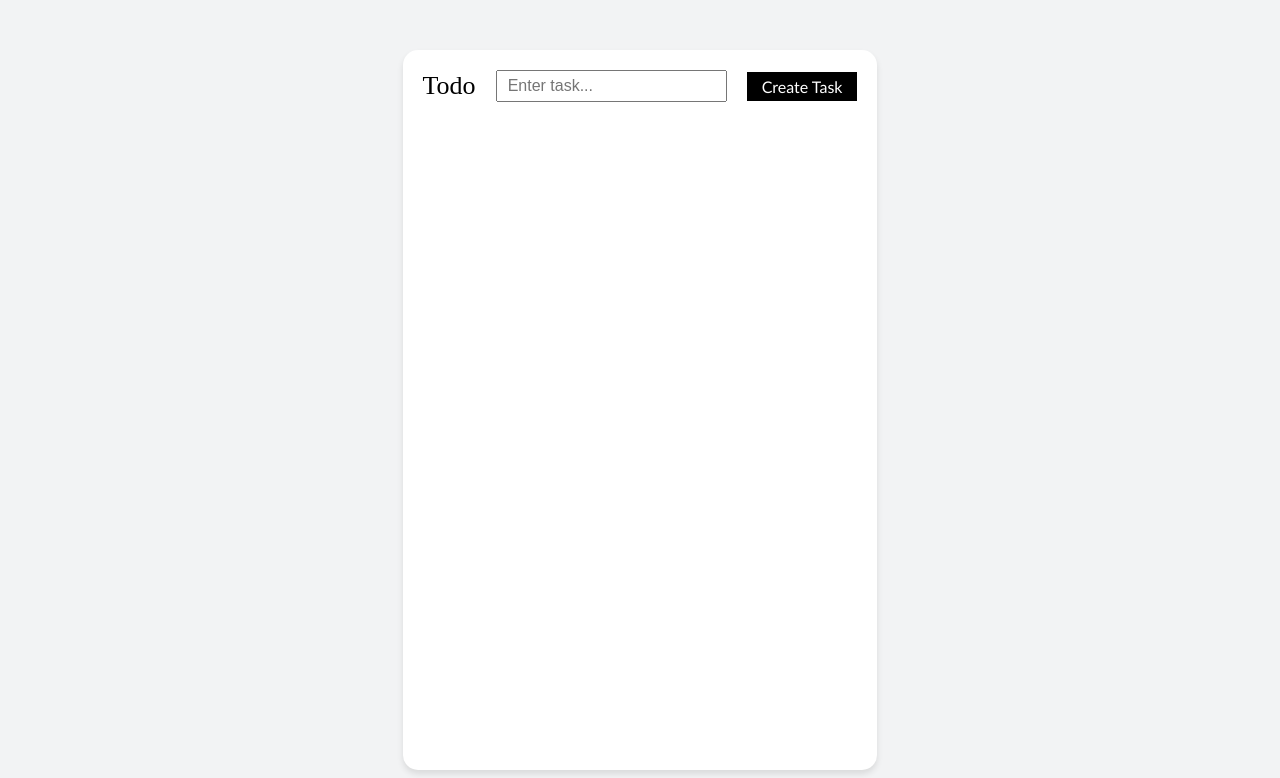
Repository: pawvan/todo_app
Page: markup/tod.html
These files come from the project's save history. The page is drawn as it stood at one moment and after a run of saves; the edit follows.
The browser window is 1280 px wide. The pictures show the whole page.

Above is the page before, as saved 2025-01-11 23:09:55.

### markup/tod.html
<!DOCTYPE html>
<html lang="en">
<head>
    <meta charset="UTF-8">
    <meta name="viewport" content="width=device-width, initial-scale=1.0">
    <title>Todo App</title>
    <script src="../interactivity/todo.js"></script>
    <link href="../styles/todo.css" rel="stylesheet"/>
</head>
<body>
    <div class="todo-container">
        <div class="todo-upper" >
            <div class="todo-header"> Todo </div>
<input type="text" id="todo-input" placeholder="Enter task...">
<button onclick="addTask()" id="add-button">Create Task</button>
        </div>
        <ul id="task-list">
        </ul>
    </div>
</body>
</html>

### interactivity/todo.js

document.addEventListener("DOMContentLoaded", loadTasks);

function addTask() {
  const taskInput = document.getElementById("todo-input");
  const taskText = taskInput.value.trim();
  const alertElement = document.querySelector(".alert");
  const taskList = document.getElementById("task-list");
  if (taskText !== "") {
    const newTask = {
      id: Date.now(),
      text: taskText,
      createAt: new Date().toISOString(),
      isCompleted: false
    };
    const li = document.createElement("li");
    li.textContent = newTask.text;
    const completeButton = createCompleteButton(li, newTask);
    const deleteButton = createDeleteButton(li, newTask);
    li.appendChild(completeButton);
    li.appendChild(deleteButton);
    taskList.appendChild(li);
    taskInput.value = "";
    saveTaskToLocalStorage(newTask);
  } else {
    alertElement ? "" : alertThing();
  }
}

function alertThing() {
  const todoContainer = document.getElementsByClassName("todo-container")[0];
  const createDiv = document.createElement("div");
  createDiv.textContent = "Please enter the task";
  todoContainer.appendChild(createDiv);
  createDiv.classList.add("alert");
}

function createDeleteButton(listElement, task) {
  const removeLi = () => {
    removeTaskFromLocalStorage(task.id);
    listElement.remove();
  };

  return createButton("Delete", ["delete-btn"], removeLi);
}

function getRandomColor(){
    const r = Math.floor(Math.random() * 256);
    const g = Math.floor(Math.random() * 256);
    const b = Math.floor(Math.random() * 256);
    return `rgb(${r}, ${g}, ${b})`
}

function createCompleteButton(listElement, task) {
  const completeCallBack = () => {
    task.isCompleted = !task.isCompleted;
    if (!task.isCompleted) {
      listElement.classList.remove("completed");
      completeButton.textContent = "Complete";
      listElement.style.textDecoration = "none";
    } else {
      listElement.classList.add("completed");
      completeButton.textContent = "Uncomplete";
      listElement.style.textDecoration = "line-through";
    }
  };

  const completeButton = createButton("Complete", ['complete-btn'], completeCallBack);
  return completeButton;
}


function createButton(label, classNames, onclickMethod ,type){
  const button = document.createElement("button");
  button.textContent = label;
  button.classList.add(...classNames);
  console.log(getRandomColor())
  button.style.backgroundColor=getRandomColor()
  button.onclick = () => {
    onclickMethod();
  };
  return button;
}

function loadTasks() {
  const tasks = getTasksFromLocalStorage();
  const taskList = document.getElementById("task-list");

  tasks.forEach((task) => {
    const li = document.createElement("li");
    li.textContent = task.text;

    const completeButton = createCompleteButton(li, task);
    const deleteButton = createDeleteButton(li, task);

    li.appendChild(completeButton);
    li.appendChild(deleteButton);
    taskList.appendChild(li);
  });
}

function saveTaskToLocalStorage(task) {
  const tasks = getTasksFromLocalStorage();
  tasks.push(task);
  localStorage.setItem("tasks", JSON.stringify(tasks));
}

function getTasksFromLocalStorage() {
  const tasks = localStorage.getItem("tasks");
  return tasks ? JSON.parse(tasks) : [];
}

function removeTaskFromLocalStorage(taskId) {
  const tasks = getTasksFromLocalStorage();
  const updatedTasks = tasks.filter((task) => task.id !== taskId);
  localStorage.setItem("tasks", JSON.stringify(updatedTasks));
}

### styles/todo.css
body {
    margin-top: 50px;
    height: 100vh;
    display: flex;
    justify-content: center;
    background-color:
    #f2f3f4}

.todo-upper {
    display: flex;
    flex-direction: horizontal;
    align-items: center;
    gap: 20px;
    margin: 20px 20px;
}

.todo-container{
    background-color:white;
    border-radius: 15px;
    box-shadow: 0 4px 6px rgba(0, 0, 0, 0.1);
}
#ask-list{
    display: flex;
flex-direction: horizontal;
align-items: center;
gap: 20px;
margin: 20px 20px;
}

.todo-header
{


    font-size: 26px;
    font-weight: 400;
}

#todo-input {
    padding: 5px 10px;
    font-size: 16px;
}

#add-button {
    padding: 5px 15px;
    font-size: 16px;
    background-color:#000000;
    color: white;
    border: none;
    cursor: pointer;
    font-family: 'Gill Sans', 'Gill Sans MT', Calibri, 'Trebuchet MS', sans-serif;
    font-weight: 300;

}
#task-list {
    list-style-type: none;
    padding: 0;
}

After the next 5 saves:
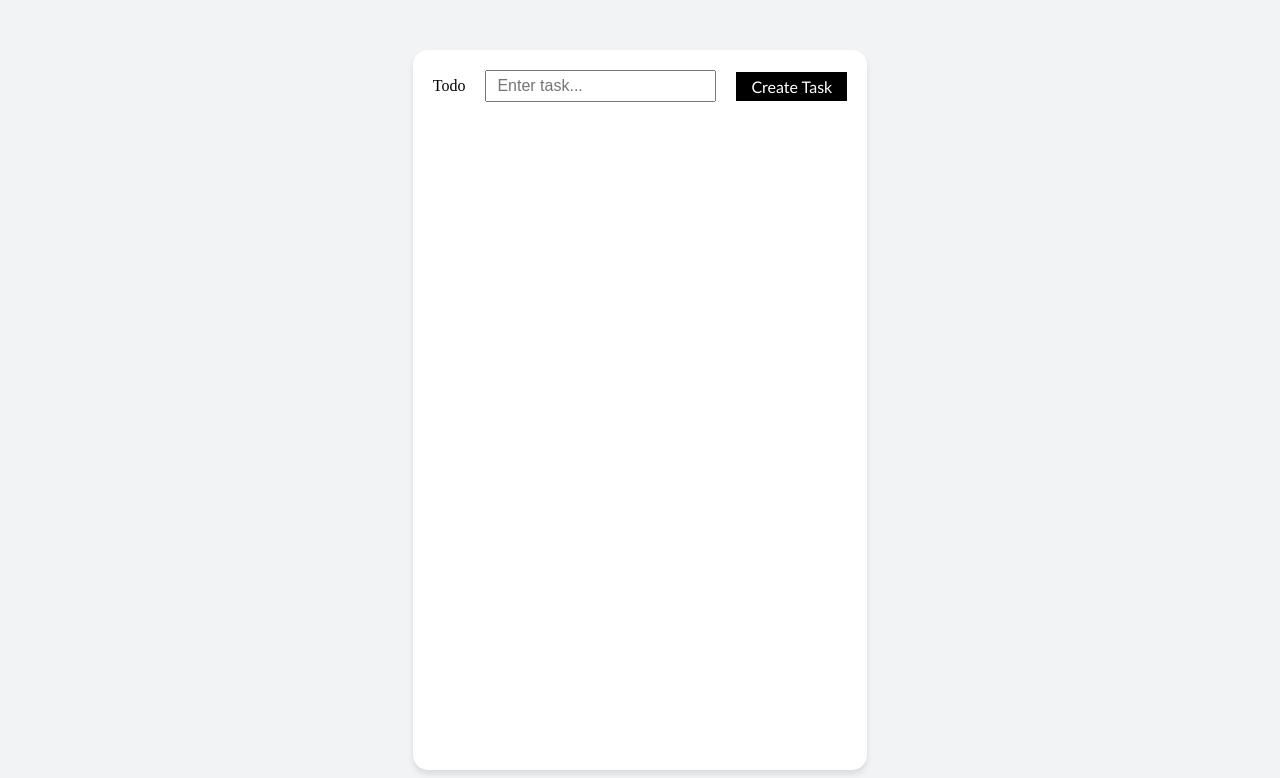
The 5 saves are shown as one change because they came seconds apart.
The last was saved 13 s later.
--- a/styles/todo.css
+++ b/styles/todo.css
@@ -19,7 +19,7 @@
     border-radius: 15px;
     box-shadow: 0 4px 6px rgba(0, 0, 0, 0.1);
 }
-#ask-list{
+#task-list
     display: flex;
 flex-direction: horizontal;
 align-items: center;

After the 2 saves that followed:
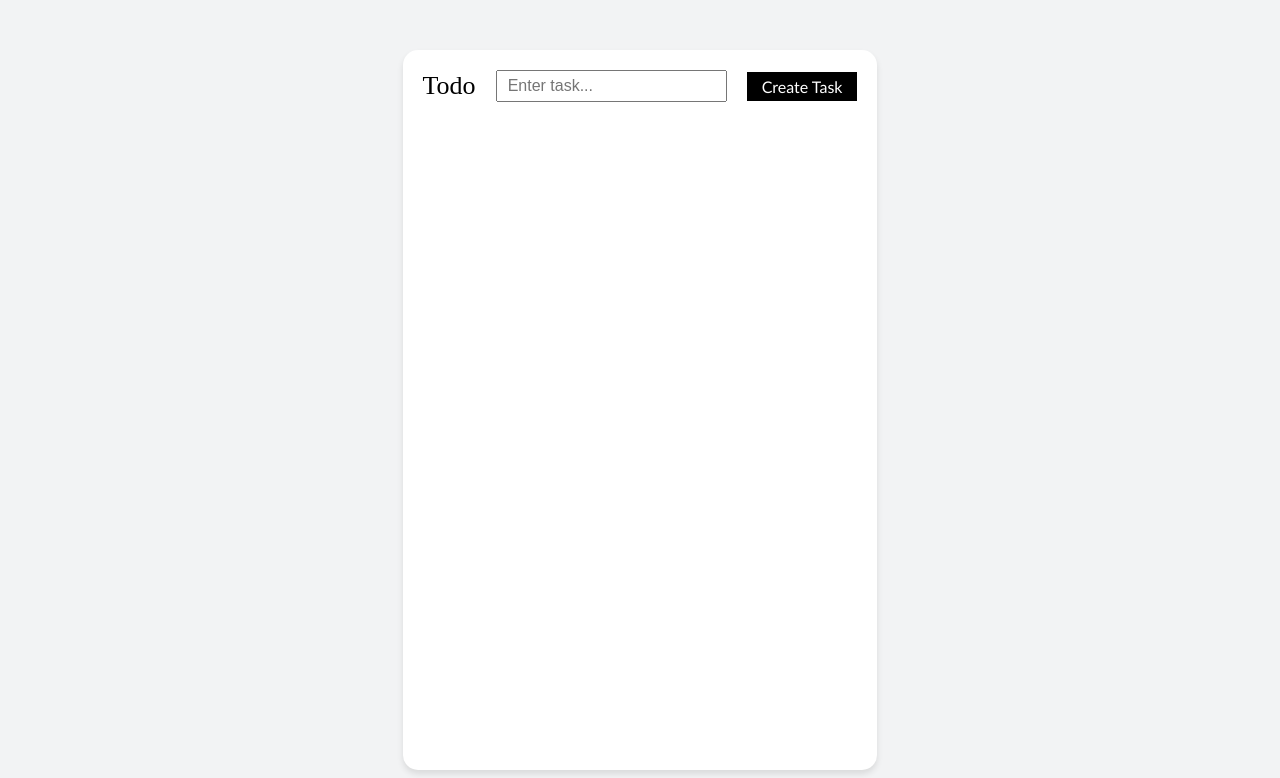
The 2 saves are shown as one change because they came seconds apart.
The last was saved 7 s later.
--- a/styles/todo.css
+++ b/styles/todo.css
@@ -19,7 +19,7 @@
     border-radius: 15px;
     box-shadow: 0 4px 6px rgba(0, 0, 0, 0.1);
 }
-#task-list
+#task-list{
     display: flex;
 flex-direction: horizontal;
 align-items: center;
